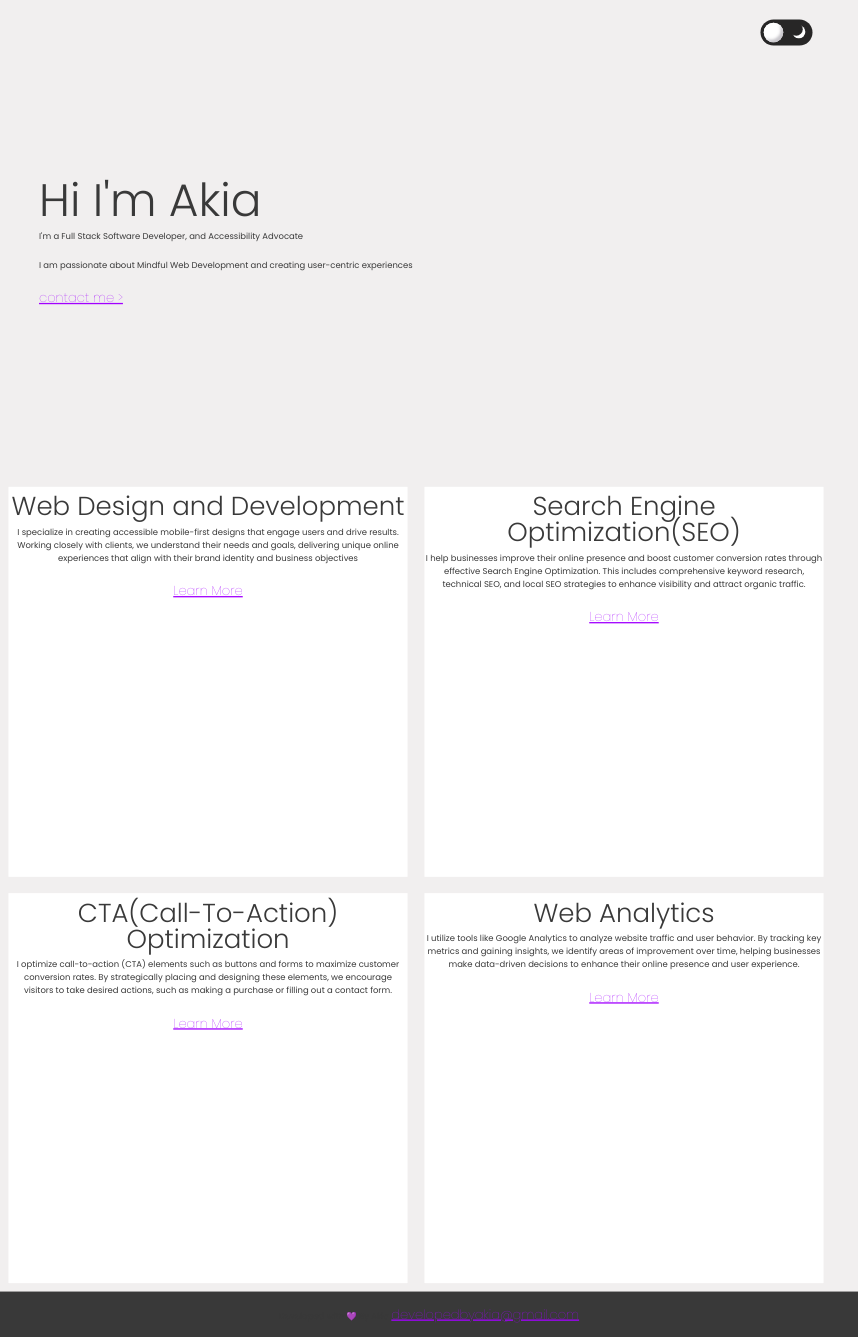
Repository: akiachenise/akiachenise.github.io
Page: index.html
An editor plug-in stored every save of this project. The page is shown before and after the next save, followed by the edit.
The browser window is 1280 px wide. The page is 1320 px wide, so the pictures cover 1320 px, including what lies to the right of the window. The pictures show the whole page, at 65% of full size.

Above is the page before, as saved 2023-06-09 08:25:44.

After the next save:
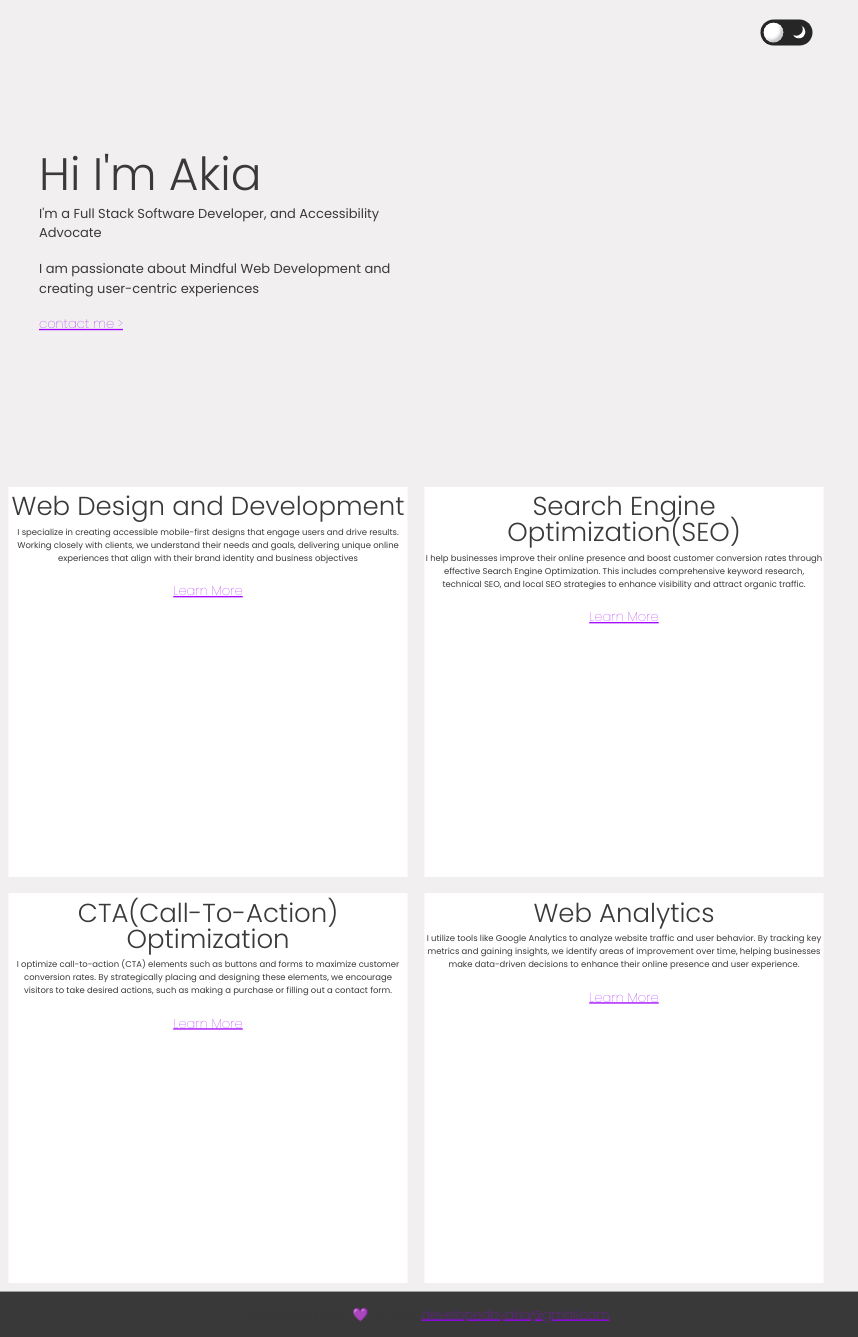
Saved 3 min 19 s later.
--- a/css/styles.css
+++ b/css/styles.css
@@ -24,6 +24,10 @@ h2 {
 }
 
 p {
+    margin: 0px;
+    font-size: 20px;
+}
+.square p {
     margin: 0px;
     font-size: 13px;
 }
